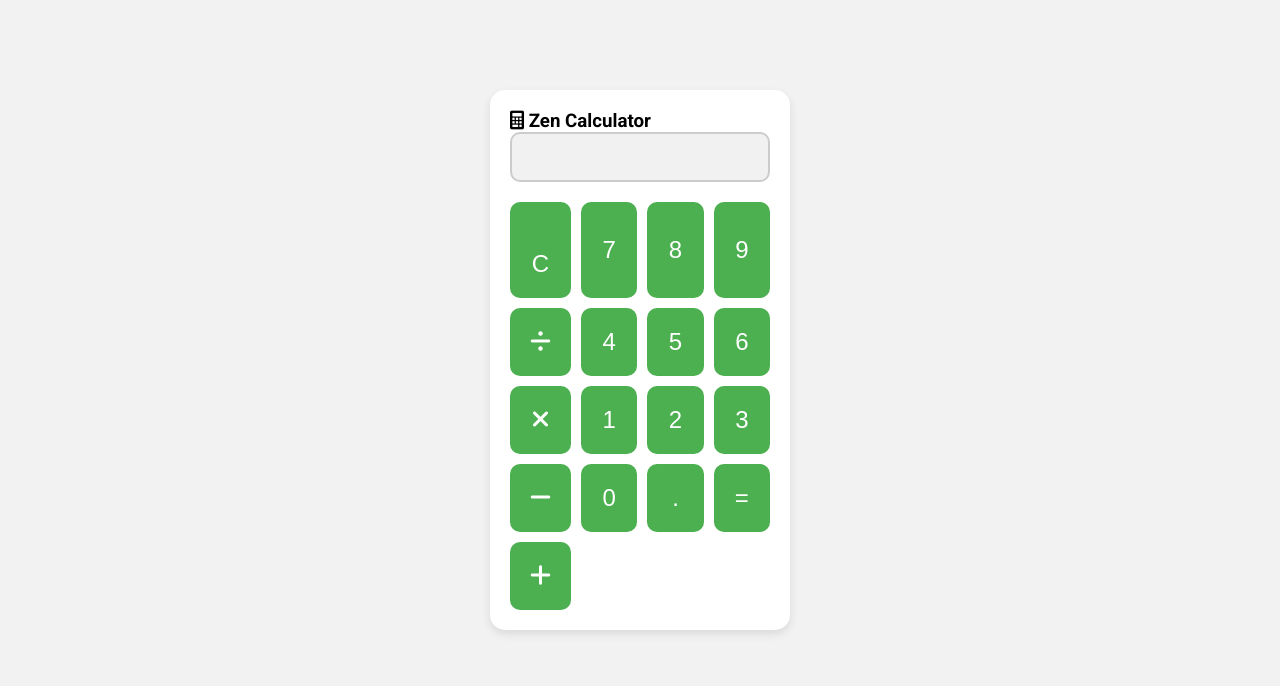
Repository: rajendratamang/zencalculator
Page: index.html
An editor plug-in stored every save of this project. The page is shown before and after a run of saves, followed by the edit.
The browser window is 1280 px wide. The pictures show the whole page.

Above is the page before, as saved 2025-01-29 21:53:33.

After the next 2 saves:
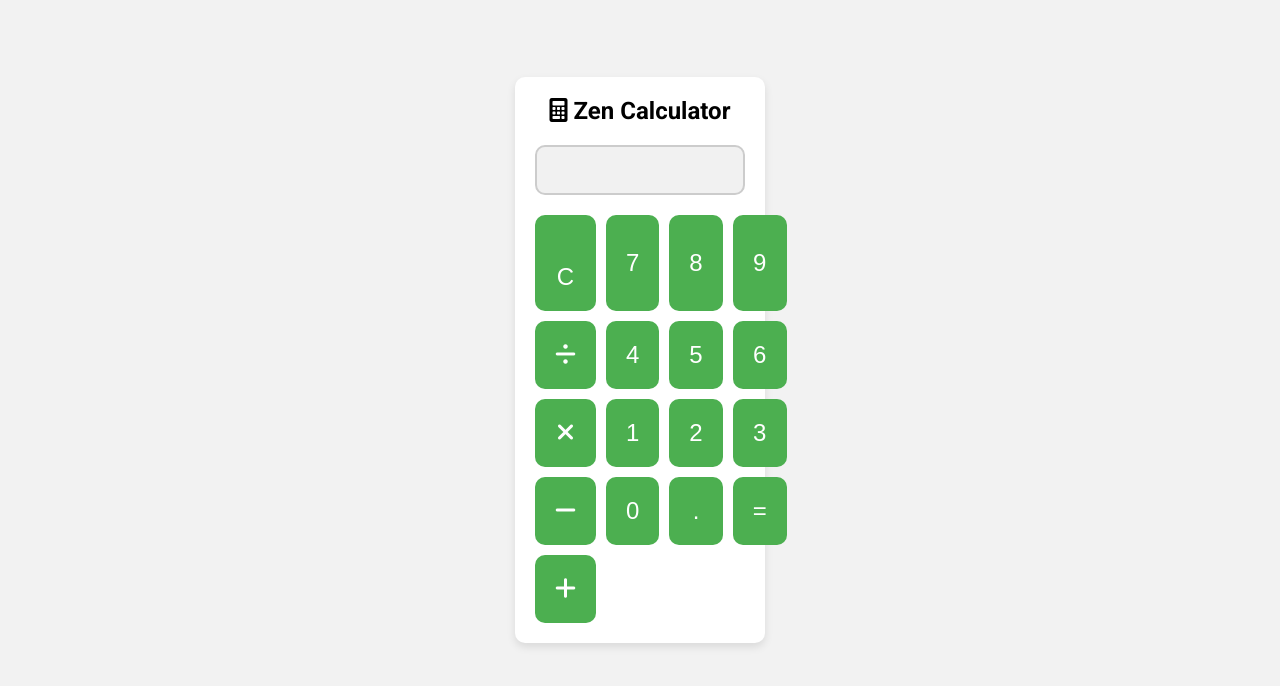
The 2 saves are shown as one change because they came seconds apart.
The last was saved 5 s later.
--- a/styles.css
+++ b/styles.css
@@ -64,4 +64,17 @@ button:active {
     transform: scale(0.95);
 }
 
-/*  */
+/* heading */
+.calculator {
+    background-color: #fff;
+    border-radius: 10px;
+    box-shadow: 0 4px 8px rgba(0, 0, 0, 0.1);
+    padding: 20px;
+    width: 250px;
+    text-align: center;
+}
+
+h3 {
+    font-size: 24px;
+    margin-bottom: 20px;
+}
